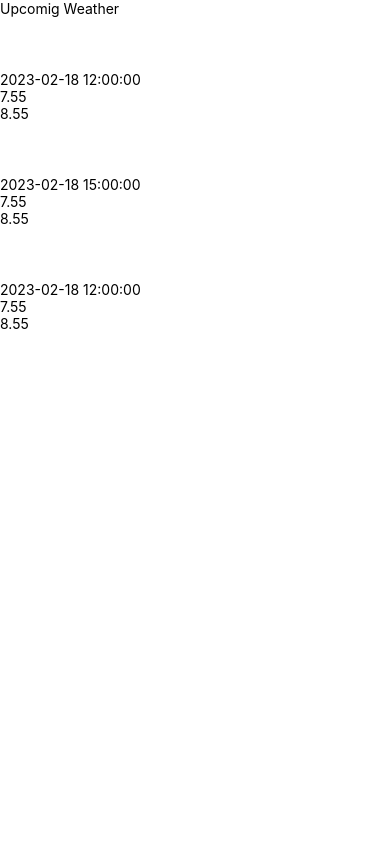
Repository: akinmiday/fcc
Screen: / (app in WeatherApp/)
An editor plug-in stored every save of this project. The screen is shown before and after the next save, followed by the edit.
The app was drawn by React Native's web renderer in a window 390 px wide. The project was rebuilt for these pictures with package versions that can differ from the ones it lists, and the page was loaded fresh each time. Also part of the build but not shown: WeatherApp/src/components/CurrentWeather.js.

Above is the screen before, as saved 2023-07-18 08:59:05.

After the next save:
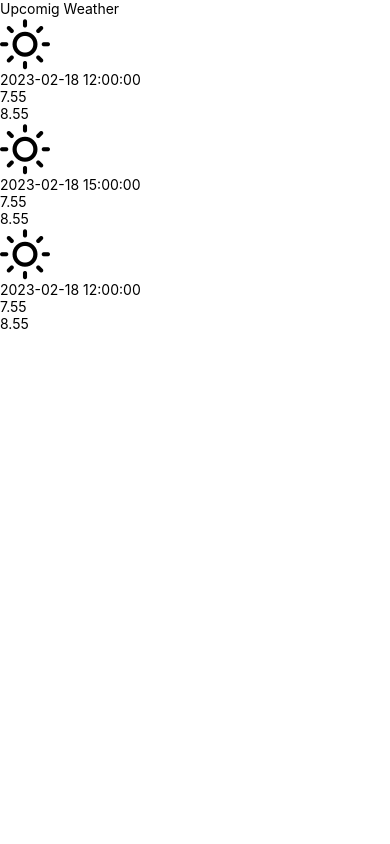
Saved 21 h 34 min later.
--- a/WeatherApp/src/components/UpcomingWeather.js
+++ b/WeatherApp/src/components/UpcomingWeather.js
@@ -46,7 +46,7 @@ const Item = (props) => {
   const { dt_txt, min, max, condition } = props
   return (
     <View>
-      <Feather name={"sun"} size={50} color={"#fff"} />
+      <Feather name="sun" size={50} color="black" />
       <Text>{dt_txt}</Text>
       <Text>{min}</Text>
       <Text>{max}</Text>
